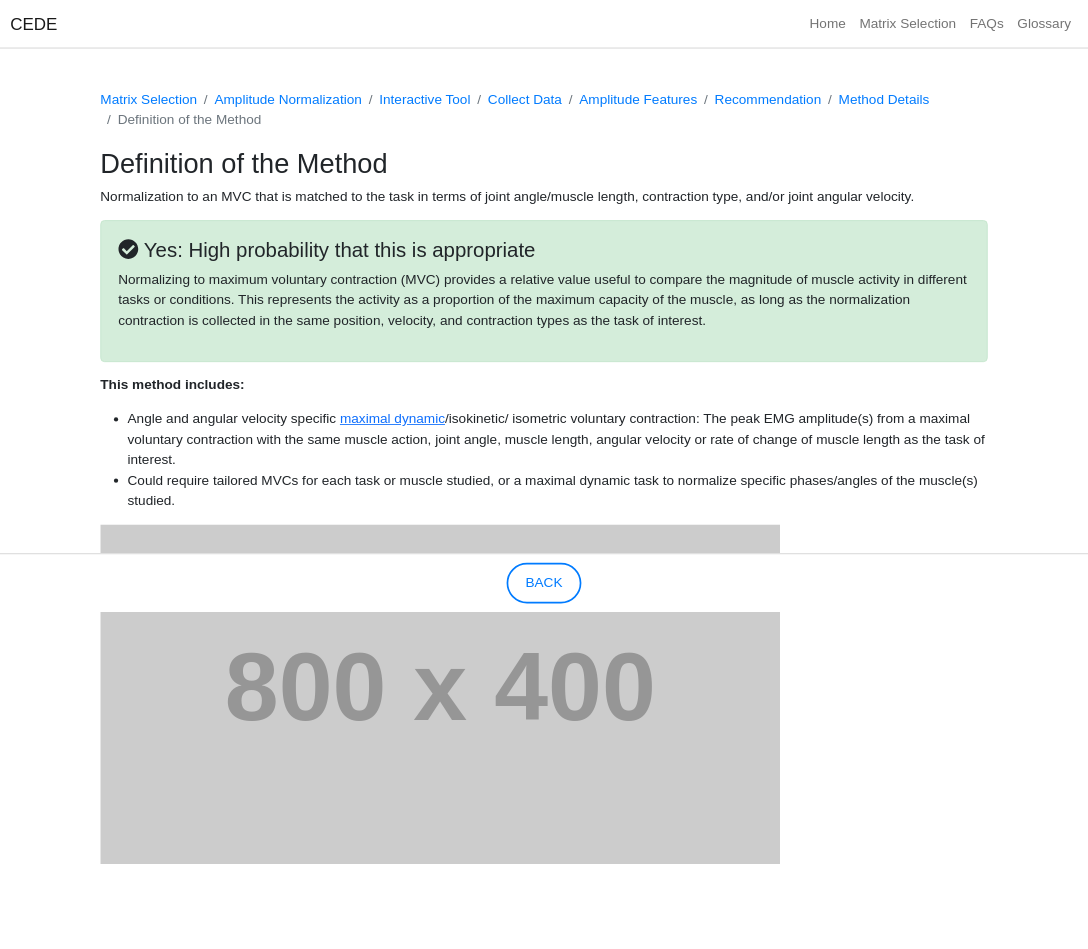
Repository: devashrisamani/CEDE-Website
Page: website/definition.html
An editor plug-in stored every save of this project. The page is shown before and after the next save, followed by the edit.
The browser window is 1280 px wide. The pictures show the whole page, at 85% of full size.
Some web libraries are served in a nearby version.

Above is the page before, as saved 2024-06-25 23:16:25.

### website/definition.html
<!DOCTYPE html>
<html lang="en">
  <head>
    <meta charset="UTF-8" />
    <meta name="viewport" content="width=device-width, initial-scale=1.0" />
    <title>Definition of the Method</title>
    <link
      href="https://cdn.jsdelivr.net/npm/bootstrap@5.1.3/dist/css/bootstrap.min.css"
      rel="stylesheet"
    />
    <style>
      body {
        font-family: Arial, sans-serif;
        margin: 0;
        padding: 0;
        background-color: white;
      }

      .navbar {
        border-bottom: 1px solid #cfcfcf;
      }

      .breadcrumb {
        background-color: white;
        margin-bottom: 20px;
      }

      .breadcrumb-item a {
        color: #007bff;
        text-decoration: none;
      }

      .breadcrumb-item a:hover {
        text-decoration: underline;
      }

      .header-title {
        margin-top: 20px;
        margin-bottom: 20px;
        text-align: left;
      }

      .recommendation-section {
        padding: 20px;
        border-radius: 5px;
        margin-bottom: 15px;
        text-align: left;
      }

      .high-probability {
        background-color: #d4edda;
        border: 1px solid #c3e6cb;
      }

      .btn-container-wrapper {
        display: flex;
        justify-content: center;
        width: 100%;
      }

      .btn-container {
        position: fixed;
        bottom: 0;
        width: 100%;
        background-color: white;
        padding: 10px 0;
        display: flex;
        justify-content: center;
        border-top: 1px solid #cfcfcf;
        z-index: 1000;
      }

      .btn-container .btn {
        padding: 10px 20px;
        font-size: 16px;
        border-radius: 30px;
        border: 2px solid #007bff;
        background-color: white;
        color: #007bff;
        text-transform: uppercase;
      }

      .btn-container .btn:hover {
        background-color: #e0e0e0;
        color: #007bff;
      }

      .container {
        padding-bottom: 80px; /* to ensure the content does not hide behind the fixed button */
      }

      .popup-box {
        display: none;
        position: fixed;
        z-index: 9999;
        top: 50%;
        left: 50%;
        transform: translate(-50%, -50%);
        width: 50%;
        max-width: 600px;
        background: white;
        border: 1px solid #ddd;
        border-radius: 10px;
        box-shadow: 0 2px 10px rgba(0, 0, 0, 0.1);
        overflow: hidden;
      }

      .popup-box .popup-content {
        padding: 20px;
        overflow-y: auto;
        max-height: 400px;
      }

      .popup-box .popup-header {
        display: flex;
        justify-content: space-between;
        align-items: center;
        padding: 10px 20px;
        border-bottom: 1px solid #ddd;
      }

      .popup-box .popup-header h4 {
        margin: 0;
      }

      .popup-box .popup-header .close-btn {
        background: none;
        border: none;
        font-size: 20px;
        cursor: pointer;
      }

      @media (max-width: 768px) {
        .popup-box {
          width: 90%;
          max-height: 90%;
        }
      }
    </style>
  </head>
  <body>
    <nav class="navbar navbar-expand-lg navbar-light bg-white">
      <div class="container-fluid">
        <a class="navbar-brand" href="index.html">CEDE</a>
        <button
          class="navbar-toggler"
          type="button"
          data-bs-toggle="collapse"
          data-bs-target="#navbarNavAltMarkup"
          aria-controls="navbarNavAltMarkup"
          aria-expanded="false"
          aria-label="Toggle navigation"
        >
          <span class="navbar-toggler-icon"></span>
        </button>
        <div
          class="collapse navbar-collapse justify-content-end"
          id="navbarNavAltMarkup"
        >
          <div class="navbar-nav">
            <a class="nav-link" href="index.html">Home</a>
            <a class="nav-link" href="">Matrix Selection</a>
            <a class="nav-link" href="faq.html">FAQs</a>
            <a class="nav-link" href="#">Glossary</a>
          </div>
        </div>
      </div>
    </nav>

    <!-- Main Content -->
    <div class="container mt-5 px-5">
      <nav aria-label="breadcrumb">
        <ol class="breadcrumb">
          <li class="breadcrumb-item">
            <a href="index.html">Matrix Selection</a>
          </li>
          <li class="breadcrumb-item">
            <a href="amplitude.html">Amplitude Normalization</a>
          </li>
          <li class="breadcrumb-item">
            <a href="inttool.html">Interactive Tool</a>
          </li>
          <li class="breadcrumb-item">
            <a href="collectdata.html">Collect Data</a>
          </li>
          <li class="breadcrumb-item">
            <a href="collectdata.html">Amplitude Features</a>
          </li>
          <li class="breadcrumb-item">
            <a href="recommendation.html">Recommendation</a>
          </li>
          <li class="breadcrumb-item">
            <a href="method.html">Method Details</a>
          </li>
          <li class="breadcrumb-item active" aria-current="page">
            Definition of the Method
          </li>
        </ol>
      </nav>

      <div class="header-title">
        <h2>Definition of the Method</h2>
        <p>
          Normalization to an MVC that is matched to the task in terms of joint
          angle/muscle length, contraction type, and/or joint angular velocity.
        </p>
        <div class="recommendation-section high-probability">
          <h4>
            <i class="fa fa-check-circle" aria-hidden="true"></i> Yes: High
            probability that this is appropriate
          </h4>
          <p>
            Normalizing to maximum voluntary contraction (MVC) provides a
            relative value useful to compare the magnitude of muscle activity in
            different tasks or conditions. This represents the activity as a
            proportion of the maximum capacity of the muscle, as long as the
            normalization contraction is collected in the same position,
            velocity, and contraction types as the task of interest.
          </p>
        </div>

        <div>
          <p><strong>This method includes:</strong></p>
          <ul>
            <li>
              Angle and angular velocity specific
              <a href="#" id="maximalDynamicLink">maximal dynamic</a
              >/isokinetic/ isometric voluntary contraction: The peak EMG
              amplitude(s) from a maximal voluntary contraction with the same
              muscle action, joint angle, muscle length, angular velocity or
              rate of change of muscle length as the task of interest.
            </li>
            <li>
              Could require tailored MVCs for each task or muscle studied, or a
              maximal dynamic task to normalize specific phases/angles of the
              muscle(s) studied.
            </li>
          </ul>

          <img
            src="https://via.placeholder.com/800x400"
            class="img-fluid"
            alt="Placeholder Image"
          />
        </div>
      </div>

      <div class="btn-container-wrapper">
        <div class="btn-container">
          <button class="btn" onclick="location.href='recommendation.html'">
            Back
          </button>
        </div>
      </div>
    </div>

    <!-- Popup Box -->
    <div id="popupBox" class="popup-box">
      <div class="popup-header">
        <h4>Maximal Dynamic</h4>
        <button class="close-btn" onclick="closePopup()">×</button>
      </div>
      <div class="popup-content">
        <p>
          This is the definition of the term and how to apply it. On desktop
          this box appears on hover. On mobile and tablet it appears on click as
          a full screen modal that requires the user to click an “x” in the top
          right corner to close it out. The size of this box is fixed and the
          user can scroll within it to see more text if the explanation is
          longer than the visible area. Clip content and show vertical scroll
          bar on right.
        </p>
      </div>
    </div>

    <script>
      document
        .getElementById("maximalDynamicLink")
        .addEventListener("click", function (event) {
          event.preventDefault();
          document.getElementById("popupBox").style.display = "block";
        });

      function closePopup() {
        document.getElementById("popupBox").style.display = "none";
      }
    </script>
    <script src="https://code.jquery.com/jquery-3.5.1.slim.min.js"></script>
    <script src="https://cdn.jsdelivr.net/npm/@popperjs/core@2.5.4/dist/umd/popper.min.js"></script>
    <script src="https://cdn.jsdelivr.net/npm/bootstrap@5.1.3/dist/js/bootstrap.bundle.min.js"></script>
    <script src="https://use.fontawesome.com/releases/v5.15.1/js/all.js"></script>
  </body>
</html>

After the next save:
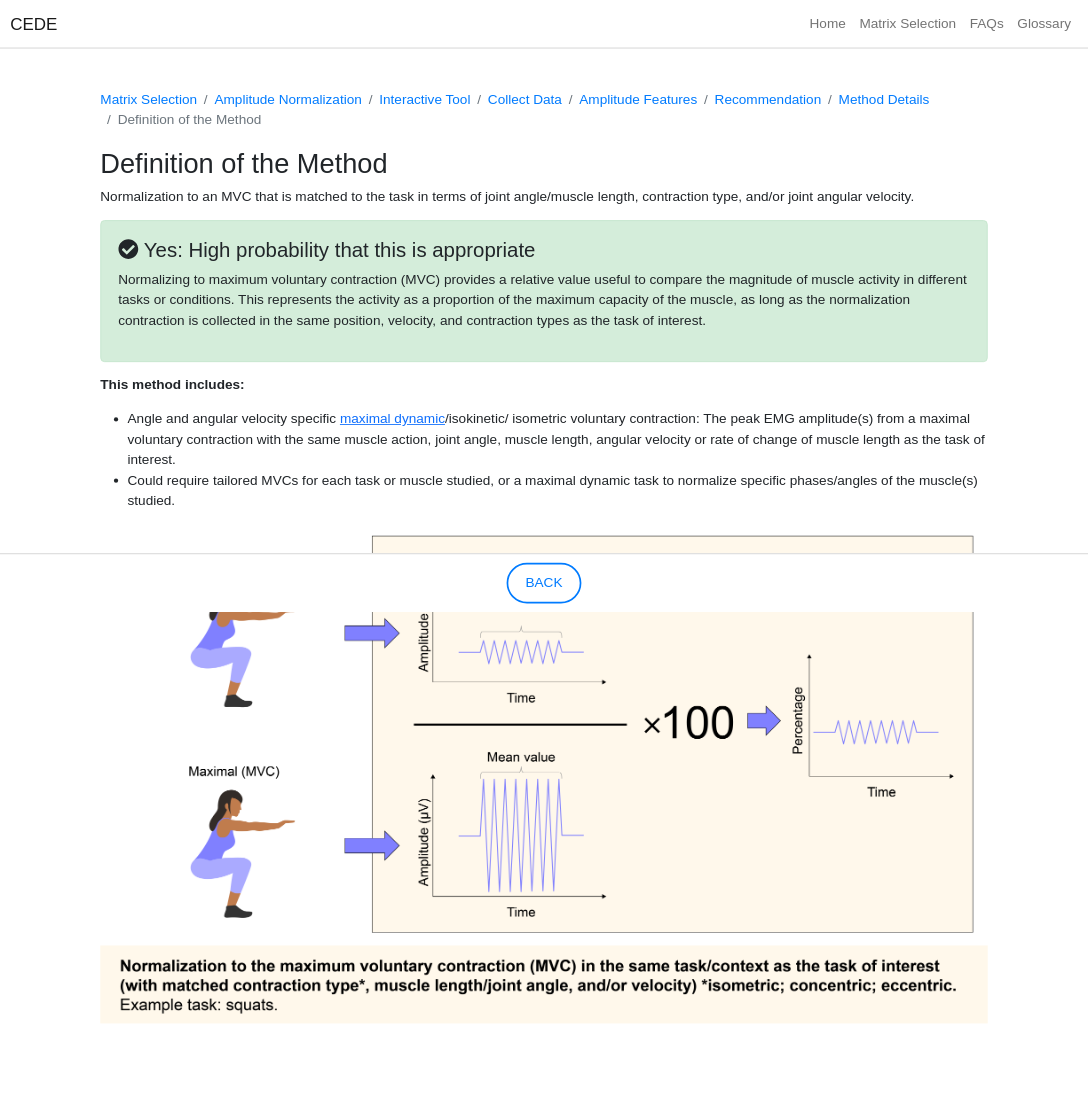
Saved 2 min 53 s later.
--- a/website/definition.html
+++ b/website/definition.html
@@ -238,7 +238,7 @@
           </ul>
 
           <img
-            src="https://via.placeholder.com/800x400"
+            src="/images/EMG.png"
             class="img-fluid"
             alt="Placeholder Image"
           />
